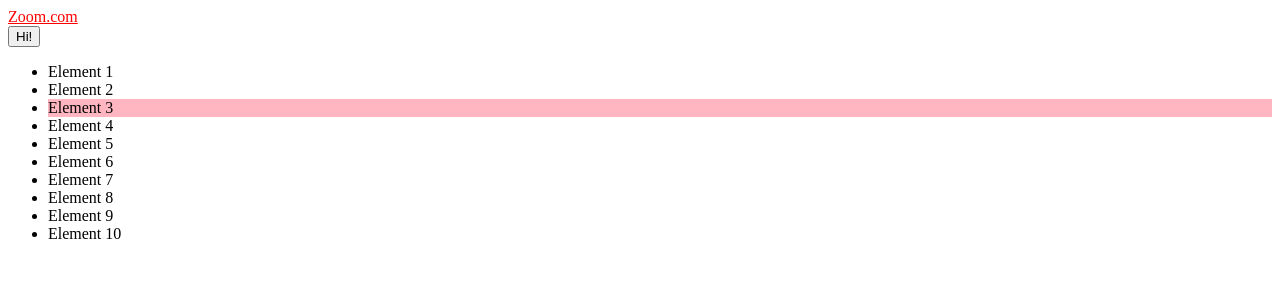
Repository: nottonofclay/csi_waymo
Page: pseudoclasses/pseudoclasses.html
These files come from the project's save history. The page is drawn as it stood at one moment and after a run of saves; the edit follows.
The browser window is 1280 px wide. The pictures show the whole page.

Above is the page before, as saved 2023-07-06 11:52:56.

After the next 3 saves:
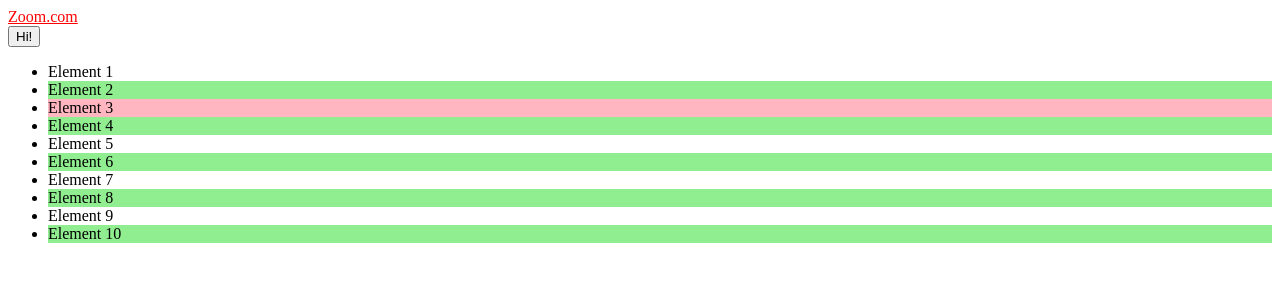
The 3 saves are shown as one change because they came seconds apart.
The last was saved 8 s later.
--- a/pseudoclasses/pseudoclasses.css
+++ b/pseudoclasses/pseudoclasses.css
@@ -21,5 +21,5 @@ li:nth-child(3) {
     background-color: lightpink;
 }
 li:nth-child(even) {
-
+    background-color: lightgreen
 }
